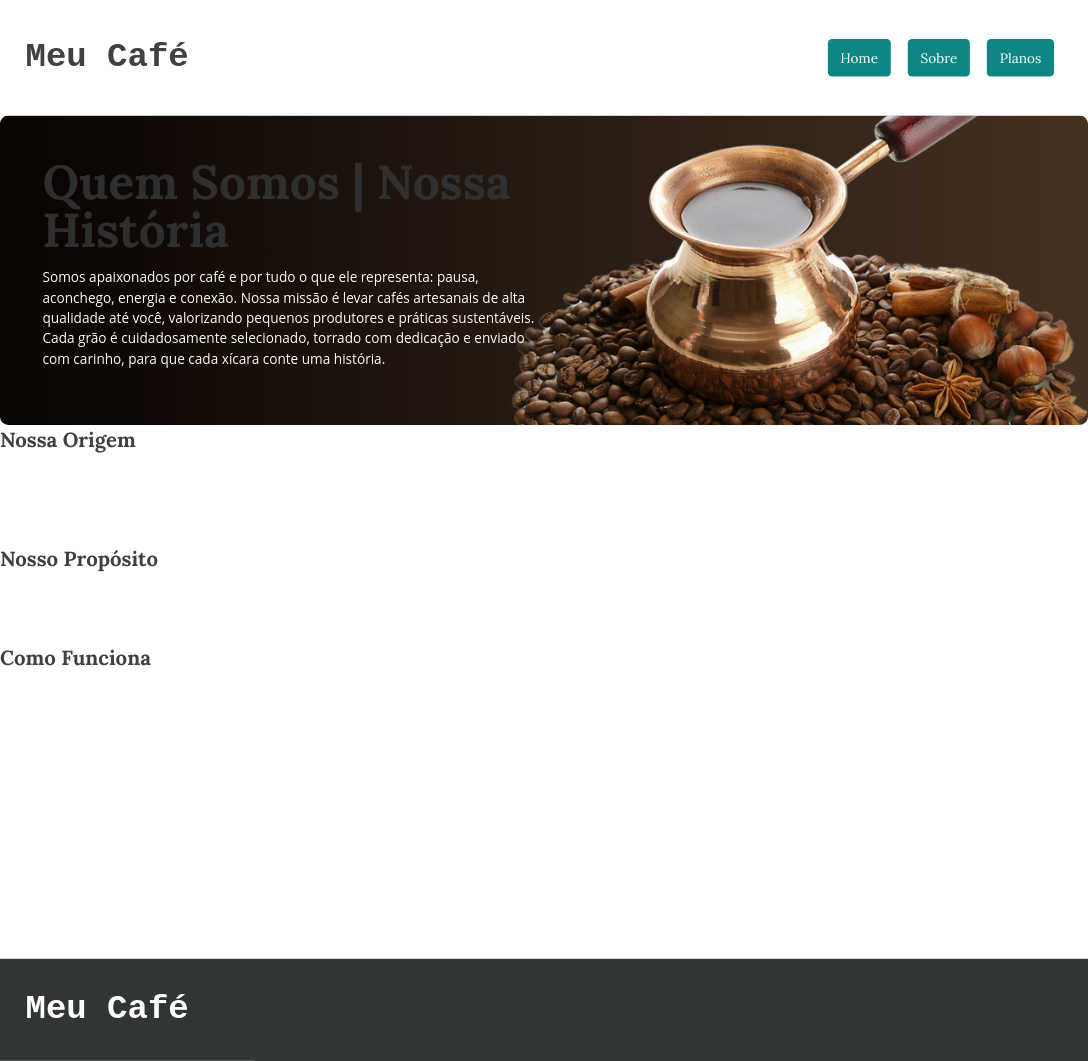
Repository: meiotera/meu_cafe.dev
Page: /sobre
These files come from the project's save history. The page is drawn as it stood at one moment and after the next save; the edit follows.
The browser window is 1280 px wide. The pictures show the whole page, at 85% of full size.
The project was rebuilt for these pictures with package versions that can differ from the ones it lists, and the page was loaded fresh each time. Also part of the build but not shown: vite.config.js, src/Pages/Home.module.css, src/components/Card/Card.module.css, src/components/Card/Card.jsx, src/Pages/Home.jsx, src/Pages/AboutUs.module.css, src/Pages/YourPlane.jsx.

Above is the page before, as saved 2025-04-03 19:00:46.

### src/index.css
@import url('https://fonts.googleapis.com/css2?family=Lora:wght@400;700&display=swap');

:root {
  font-family: 'Lora', sans-serif;
  line-height: 1.5;
  font-weight: 400;
  box-sizing: border-box; /* Mantido */

  color: rgba(255, 255, 255, 0.87);

  font-synthesis: none;
  text-rendering: optimizeLegibility;
  -webkit-font-smoothing: antialiased;
  -moz-osx-font-smoothing: grayscale;
}

a {
  font-weight: 500;
  color: #646cff;
  text-decoration: inherit;
}
a:hover {
  color: #535bf2;
}

h1,
h2,
h3 {
  font-family: 'Lora', sans-serif;
  color: rgba(50, 49, 49, 0.93);
  margin: 0; /* Removido o margin */
}

p {
  font-family: 'Open Sans', sans-serif;
}

main::after {
  content: '';
  display: block;
  height: 280px;
}

body {
  max-width: 1280px;
  margin: 0 auto;
}

### src/App.jsx
import React from 'react';
import { BrowserRouter, Routes, Route } from 'react-router-dom';

import Home from './Pages/Home';
import AboutUs from './Pages/AboutUs';
import YourPlane from './Pages/YourPlane';

import Header from './components/Header/Header';
import Main from './components/Main/Main';
import Footer from './components/Footer/Footer';

function App() {
  return (
    <>
      <BrowserRouter>
        <Header />

        <Main>
          <Routes>
            <Route path="/" element={<Home />} />
            <Route path="/sobre" element={<AboutUs />} />
            <Route path="planos" element={<YourPlane />} />
          </Routes>
        </Main>

        <Footer />
      </BrowserRouter>
    </>
  );
}

export default App;

### src/Pages/AboutUs.jsx
import React from 'react';
import Banner from '../components/Banner/Banner';

import styles from './AboutUs.module.css';

const AboutUs = () => {
  return (
    <>
      <Banner
        titulo={'Quem Somos | Nossa História'}
        imagem={'artesanal'}
        texto={
          'Somos apaixonados por café e por tudo o que ele representa: pausa, aconchego, energia e conexão. Nossa missão é levar cafés artesanais de alta qualidade até você, valorizando pequenos produtores e práticas sustentáveis. Cada grão é cuidadosamente selecionado, torrado com dedicação e enviado com carinho, para que cada xícara conte uma história.'
        }
      />

      <section>
        <div className={styles.section}>
          <h2>Nossa Origem</h2>
          <p>
            Nosso projeto nasceu do amor por cafés especiais e do desejo de
            oferecer uma experiência única a quem valoriza sabor e qualidade.
            Tudo começou em uma pequena cozinha, testando torra por torra, até
            encontrarmos o equilíbrio perfeito entre aroma, corpo e doçura.
            Hoje, trabalhamos com produtores que compartilham dos mesmos valores
            e entregamos cafés frescos direto na sua casa.
          </p>
        </div>

        <div className={styles.section}>
          <h2>Nosso Propósito</h2>
          <p>
            Acreditamos que o café pode transformar momentos e conectar pessoas.
            Por isso, queremos mais do que vender café — queremos fazer parte da
            sua rotina, do seu ritual, da sua pausa merecida. Cuidamos de cada
            detalhe, da fazenda até a sua xícara, para garantir que cada gole
            seja uma experiência memorável.
          </p>
        </div>

        <div className={styles.section}>
          <h2>Como Funciona</h2>
          <p>
            Escolha seu café favorito, monte seu plano e receba em casa com a
            frequência que preferir. Sem complicações, com muito sabor e
            qualidade em cada entrega.
          </p>
        </div>
      </section>
    </>
  );
};

export default AboutUs;

### src/components/Header/Header.jsx
import React from 'react';

import styles from './Header.module.css';
import NavBar from '../NavBar/NavBar';
import Banner from '../Banner/Banner';

const Header = () => {
  return (
    <header className={styles.header}>
      <h1 className={styles.titulo}>Meu Café</h1>

      <NavBar />
    </header>
  );
};

export default Header;

### src/components/Main/Main.jsx
import React from 'react';

const Main = ({ children }) => {
  return <main>{children}</main>;
};

export default Main;

### src/components/Footer/Footer.jsx
import React from 'react';
import styles from './Footer.module.css';

const Footer = () => {
  return (
    <footer className={styles.footer}>
      <h1 className={styles.titulo}>Meu Café</h1>
    </footer>
  );
};

export default Footer;

### src/components/Banner/Banner.jsx
import React from 'react';

import styles from './Banner.module.css';

const Banner = ({ titulo, texto, botao }) => {
  return (
    <div className={styles.banner}>
      <div className={styles.containerText}>
        <h2>{titulo}</h2>

        <p>{texto}</p>
        {botao && <button className={styles.button}>{botao}</button>}
      </div>
    </div>
  );
};

export default Banner;

### src/components/Header/Header.module.css
.header {
  height: max-content;
  color: rgba(50, 49, 49, 0.93);

  padding: 30px;
  display: flex;
  flex-wrap: wrap;
  justify-content: center;
  align-items: center;
}

.titulo {
  font-size: 2.5em;
  font-family: 'Courier New', Courier, monospace;
  font-weight: bold;
}

@media screen and (min-width: 548px) {
  .header {
    justify-content: space-between;
  }
}

### src/components/NavBar/NavBar.jsx
import React from 'react';
import { NavLink } from 'react-router-dom';

import styles from './NavBar.module.css';

const NavBar = () => {
  return (
    <nav className={styles.navbar}>
      <ul>
        <li>
          <NavLink to={'/'}>Home</NavLink>
        </li>
        <li>
          <NavLink to={'/sobre'}>Sobre</NavLink>
        </li>
        <li>
          <NavLink to={'/planos'}> Planos</NavLink>
        </li>
      </ul>
    </nav>
  );
};
export default NavBar;

### src/components/Footer/Footer.module.css
.titulo {
  font-size: 2.5em;
  font-family: 'Courier New', Courier, monospace;
  font-weight: bold;
  color: #fff;
}

.footer {
  padding: 30px;
  background-color: rgb(50, 53, 53);
}

### src/components/Banner/Banner.module.css
.banner {
  background-image: url('../../../public/img/artesanal.png'),
    linear-gradient(to left, #453122, #080402);

  background-repeat: no-repeat;
  background-position: right;
  display: flex;

  justify-content: space-between;
  align-items: center;
  padding: 30px 50px;
  border-radius: 10px;
}

.containerText {
  color: #fefcf7;
  max-width: 50%;
  padding: 20px 0;
}

.containerText h2 {
  font-size: 3.5em;
  line-height: 1;
}

.button {
  border: none;
  background-color: #0e8784;
  border-radius: 5px;
  padding: 12px 15px;
  color: #fefcf7;
  font-weight: bold;
  font-size: 18px;
  cursor: pointer;
  margin-top: 20px;
  transition: ease-in-out 0.2s;
}

.button:hover {
  background-color: #189b99;
}

@media screen and (max-width: 820px) {
  .containerText {
    max-width: 500px;
  }
}

### src/components/NavBar/NavBar.module.css
.navbar ul {
  display: flex;
  padding: 0;
  justify-content: space-between;
}

.navbar li {
  list-style: none;
  margin: 10px;
}

.navbar a {
  padding: 12px 15px;
  background-color: #0e8784;
  border-radius: 5px;
  color: #fefcf7;
}

.navbar a:hover {
  background-color: #189b99;
}

Loaded but not shown: index.html (common file); src/main.jsx (common file)

After the next save:
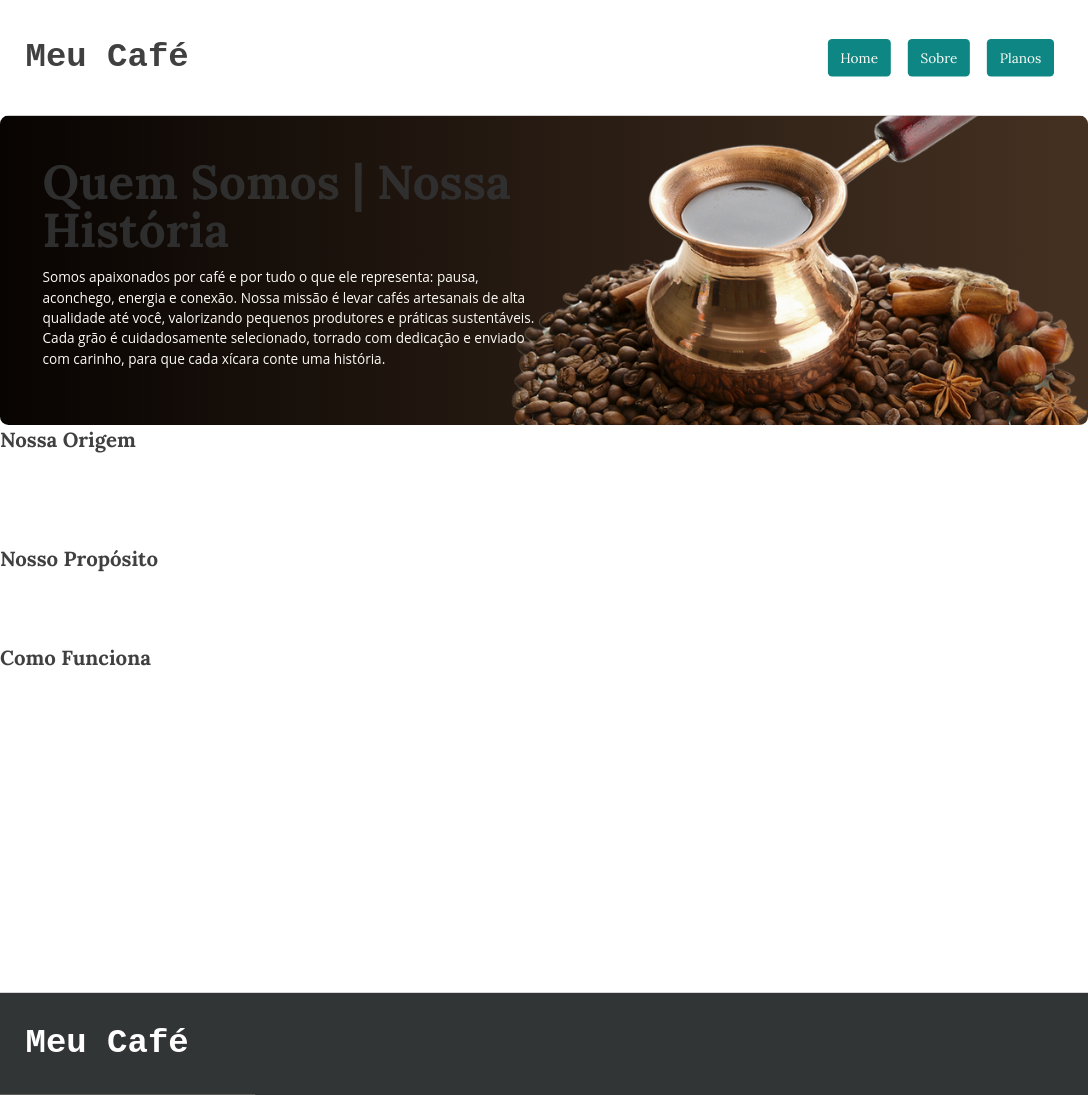
Saved 22 s later.
--- a/src/Pages/AboutUs.jsx
+++ b/src/Pages/AboutUs.jsx
@@ -46,6 +46,15 @@ const AboutUs = () => {
             qualidade em cada entrega.
           </p>
         </div>
+
+        <div className={styles.frase}>
+          <p>
+            <em>
+              “Porque café bom é aquele que aquece o corpo, acalma a mente e
+              alimenta a alma.”
+            </em>
+          </p>
+        </div>
       </section>
     </>
   );
